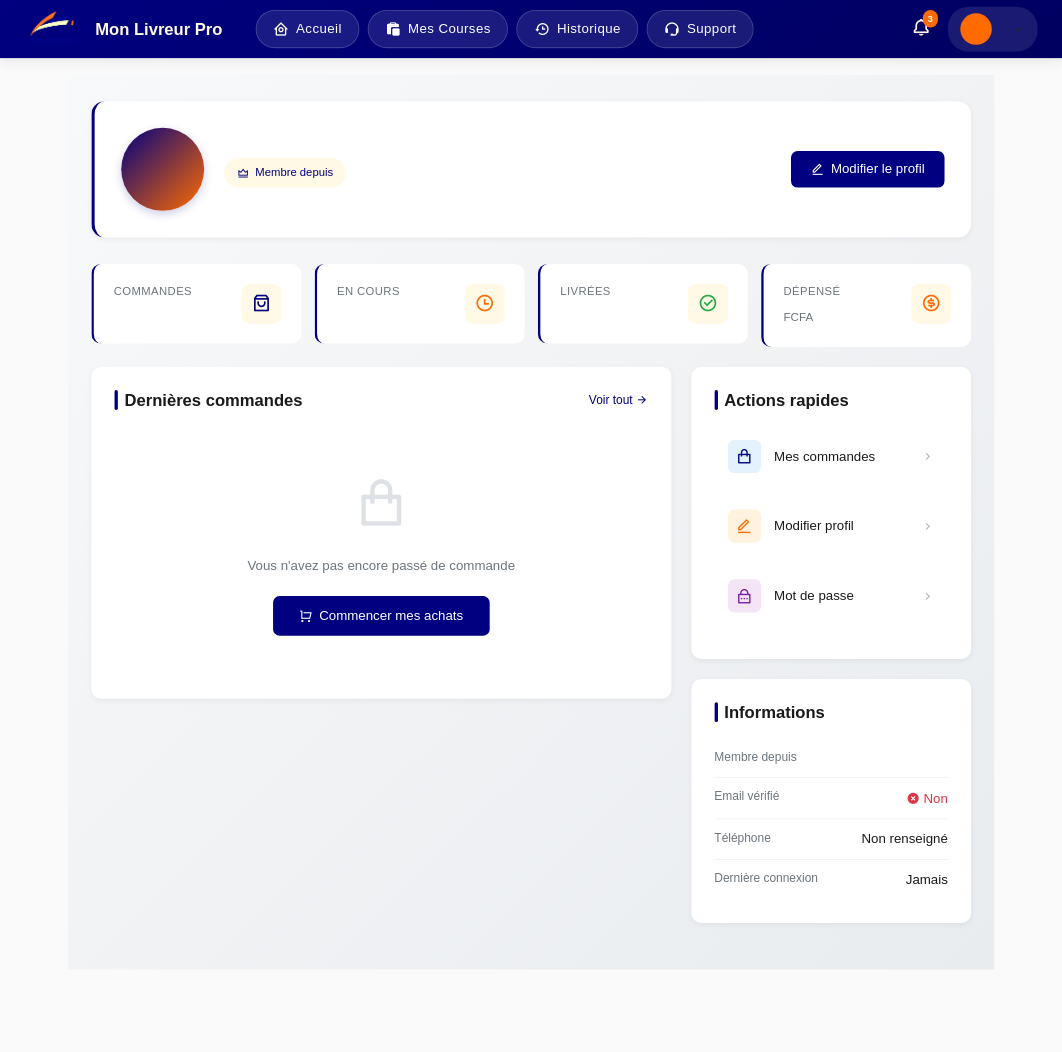
Repository: kaboreibrahim/LivreurPro
Page: Client/templates/profile/profile.html
The author's editor kept a copy of each file at every save. The page is drawn from the files as they stood at one save, then again after the next save.
The browser window is 1280 px wide. The pictures show the whole page, at 83% of full size.
The template is drawn by Django 5.2. The application's start-up code is not run. The template is opened directly, without the code that normally fills it, so the values that code supplies are empty.

Above is the page before, as saved 2025-12-11 22:02:55.

After the next save:
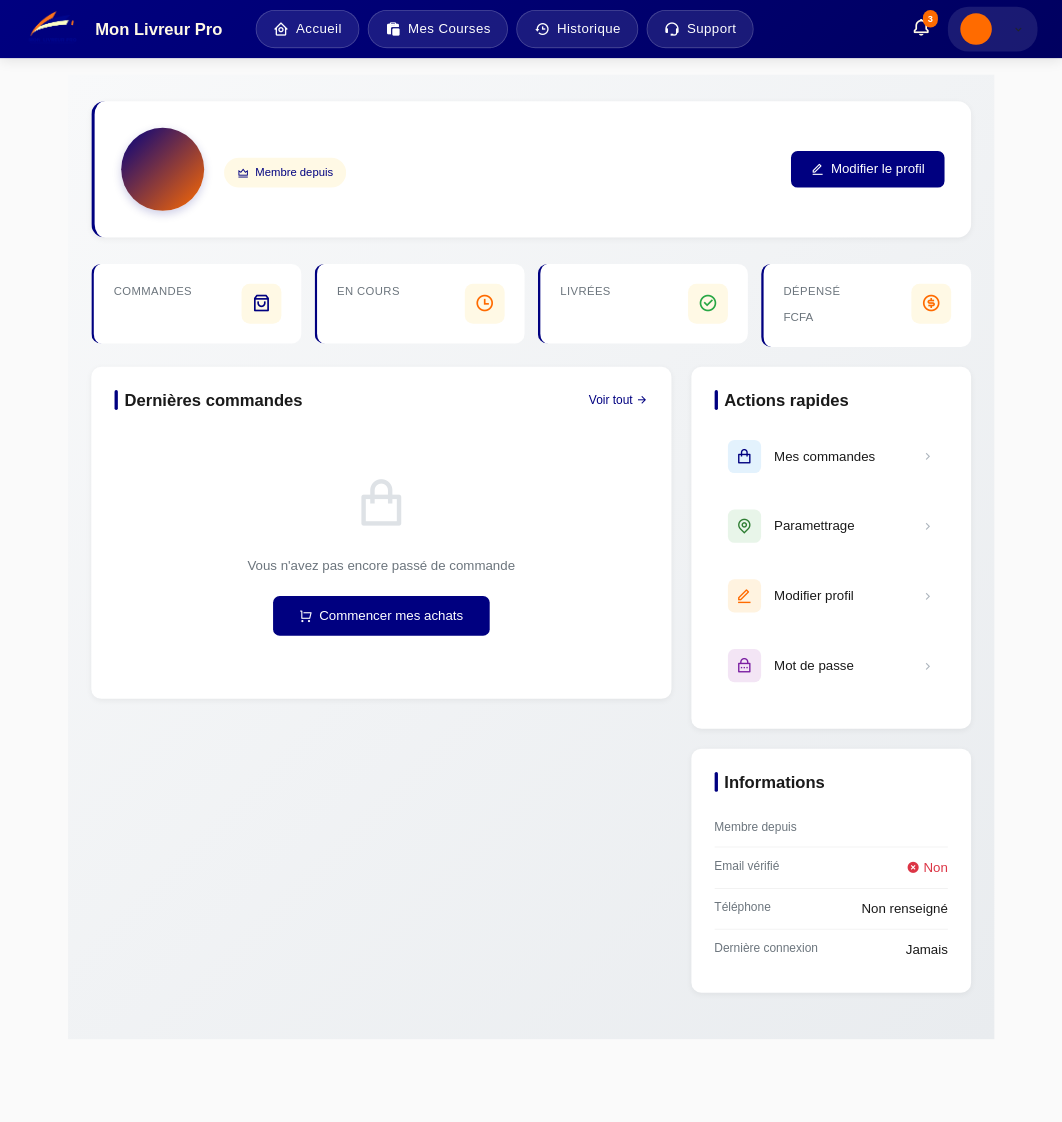
Saved 4 min 57 s later.
--- a/Client/templates/profile/profile.html
+++ b/Client/templates/profile/profile.html
@@ -570,14 +570,14 @@
                         <i class="ri-arrow-right-s-line" style="color: #adb5bd;"></i>
                     </a>
 
-                    {% comment %} <a href="" class="quick-action">
+                     <a href="" class="quick-action">
                         <div class="action-icon green">
                             <i class="ri-map-pin-line"></i>
                         </div>
-                        <span class="action-label">Mes adresses</span>
+                        <span class="action-label">Paramettrage</span>
                         <i class="ri-arrow-right-s-line" style="color: #adb5bd;"></i>
                     </a>
-
+                    {% comment %}
                     <a href="" class="quick-action">
                         <div class="action-icon red">
                             <i class="ri-heart-line"></i>
